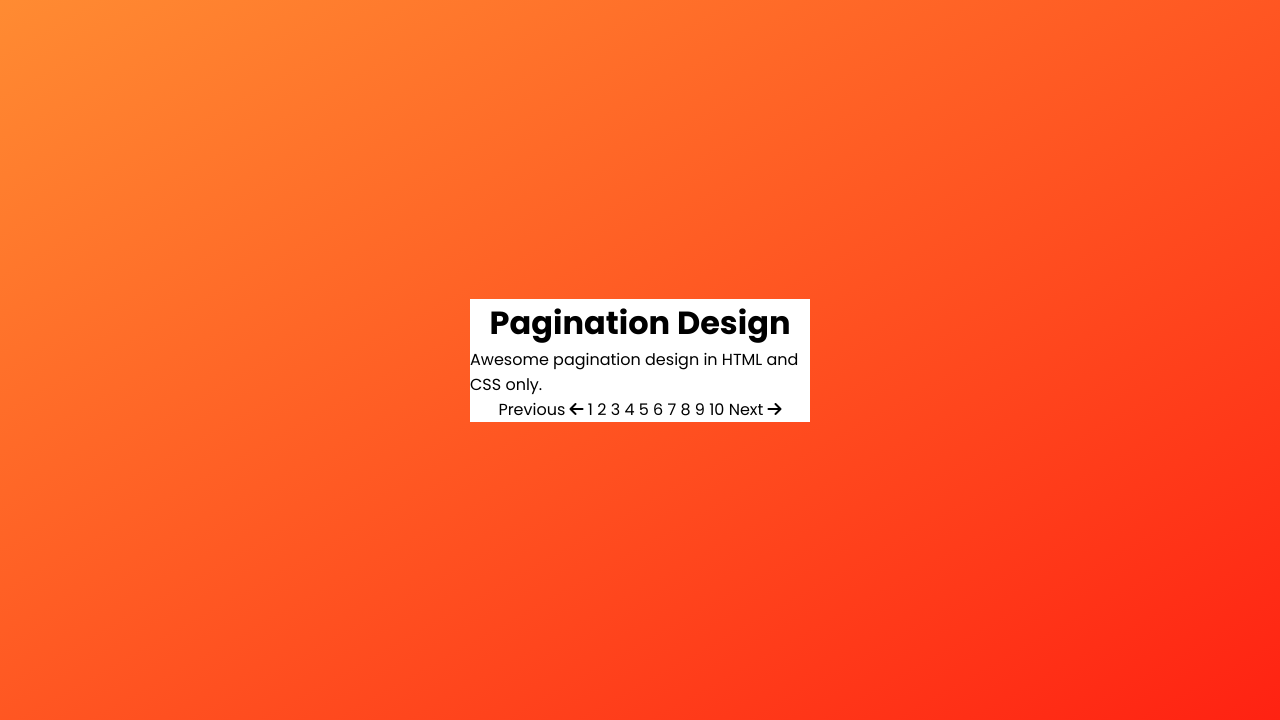
Repository: Ankitkr2021/Awesome-Pagination
Page: index.html
An editor plug-in stored every save of this project. The page is shown before and after the next save, followed by the edit.
The browser window is 1280 px wide. The pictures show the whole page.

Above is the page before, as saved 2025-10-02 08:57:16.

### index.html
<!DOCTYPE html>
<html lang="en">
<head>
    <meta charset="UTF-8">
    <meta name="viewport" content="width=device-width, initial-scale=1.0">
    <title>Document</title>
    <link rel="stylesheet" href="https://cdnjs.cloudflare.com/ajax/libs/font-awesome/6.5.0/css/all.min.css">
    <link rel="stylesheet" href="./style.css">
</head>
<body>
    <div class="page">
        <h1>Pagination Design</h1>
        <p>Awesome pagination design in HTML and CSS only.</p>
        <div class="box">
            Previous <i class="fas fa-arrow-left"></i>
            1
            2
            3
            4
            5
            6
            7
            8
            9
            10
            Next <i class="fas fa-arrow-right"></i>
        </div>
    </div>
</body>
</html>

### style.css
@import url("https://fonts.googleapis.com/css2?family=Poppins:wght@300;400;500;600;700&display=swap");

*{
    margin: 0;
    padding: 0;
    box-sizing: border-box;
    font-family: "Poppins",sans-serif;
}

body{
    display: flex;
   justify-content: center;
   align-items: center;
    height: 100vh;
    width: 100%;
    background: linear-gradient(to bottom right, rgb(255, 139, 50), rgb(255, 34, 18));
}

.page{
   display: flex;
   justify-content: center;
   align-items: center;
   flex-direction: column;
   background: #fff;
   width: 340px;
}

After the next save:
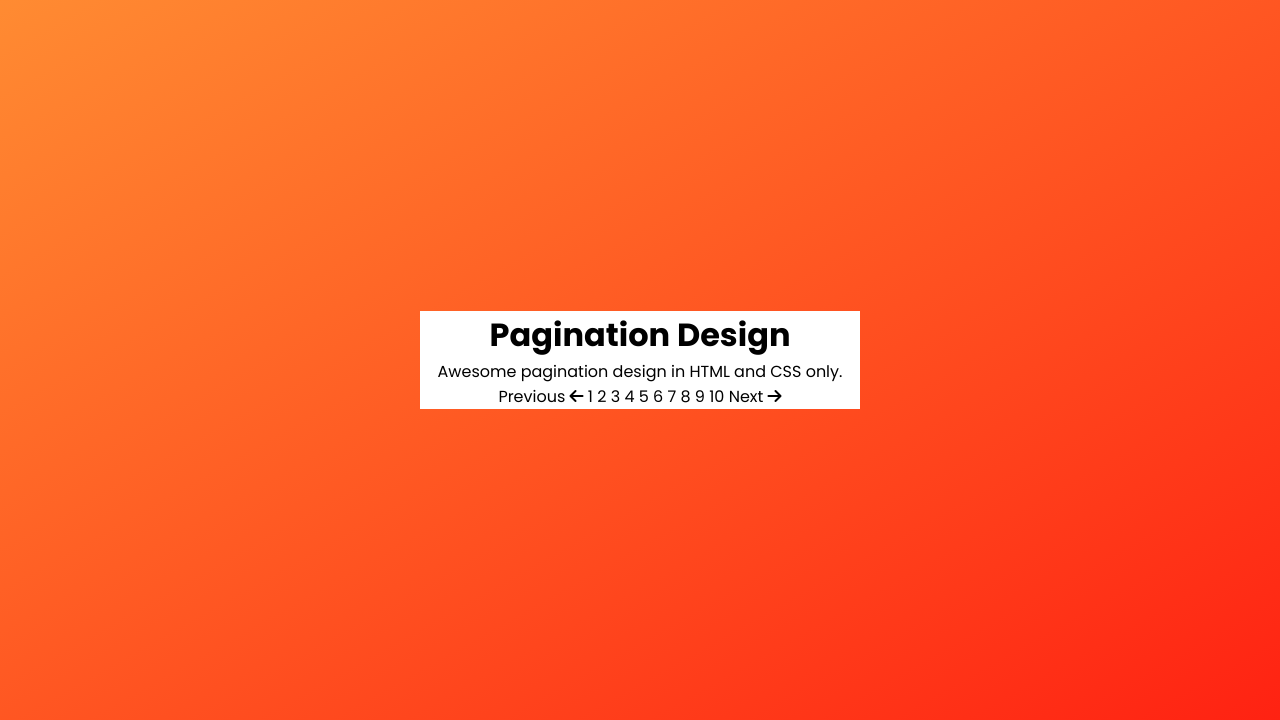
Saved 4 s later.
--- a/style.css
+++ b/style.css
@@ -22,5 +22,5 @@ body{
    align-items: center;
    flex-direction: column;
    background: #fff;
-   width: 340px;
+   width: 440px;
 }
